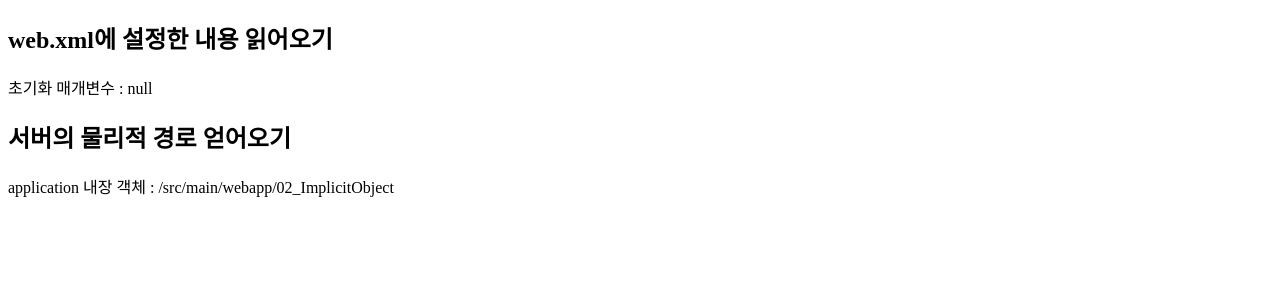
Repository: redi961/JSP_Studying
Page: http://localhost/MustHaveJSP/02_ImplicitObject/ApplicationMain.jsp
An editor plug-in stored every save of this project. The page is shown before and after the next save, followed by the edit.
The browser window is 1280 px wide. The pictures show the whole page.
The page is served by Tomcat 9.

Above is the page before, as saved 2022-10-11 02:32:10.

After the next save:
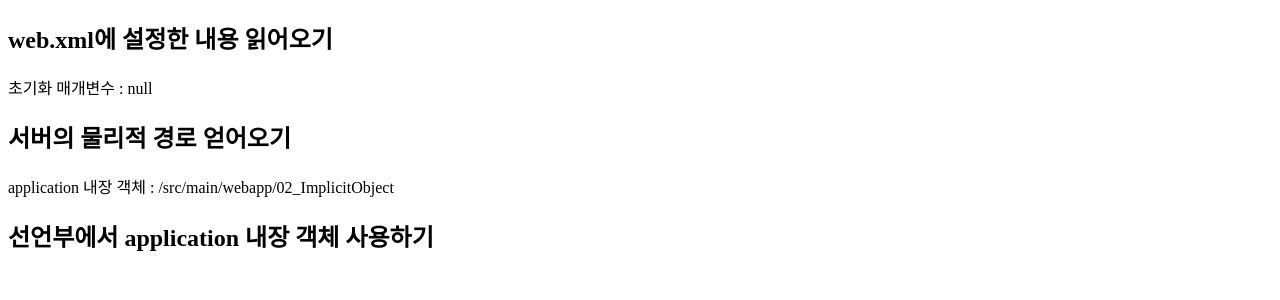
Saved 82 s later.
--- a/MustHaveJSP/src/main/webapp/02_ImplicitObject/ApplicationMain.jsp
+++ b/MustHaveJSP/src/main/webapp/02_ImplicitObject/ApplicationMain.jsp
@@ -11,5 +11,12 @@
 
 	<h2>서버의 물리적 경로 얻어오기</h2>
 	application 내장 객체 : <%= application.getRealPath("/02_ImplicitObject") %>
+
+	<h2>선언부에서 application 내장 객체 사용하기</h2>
+	<%!
+	public String useImplicitObject() {
+		return this.getServletContext().getRealPath("/02_ImplicitObject");
+	}
+	%>
 </body>
 </html>
